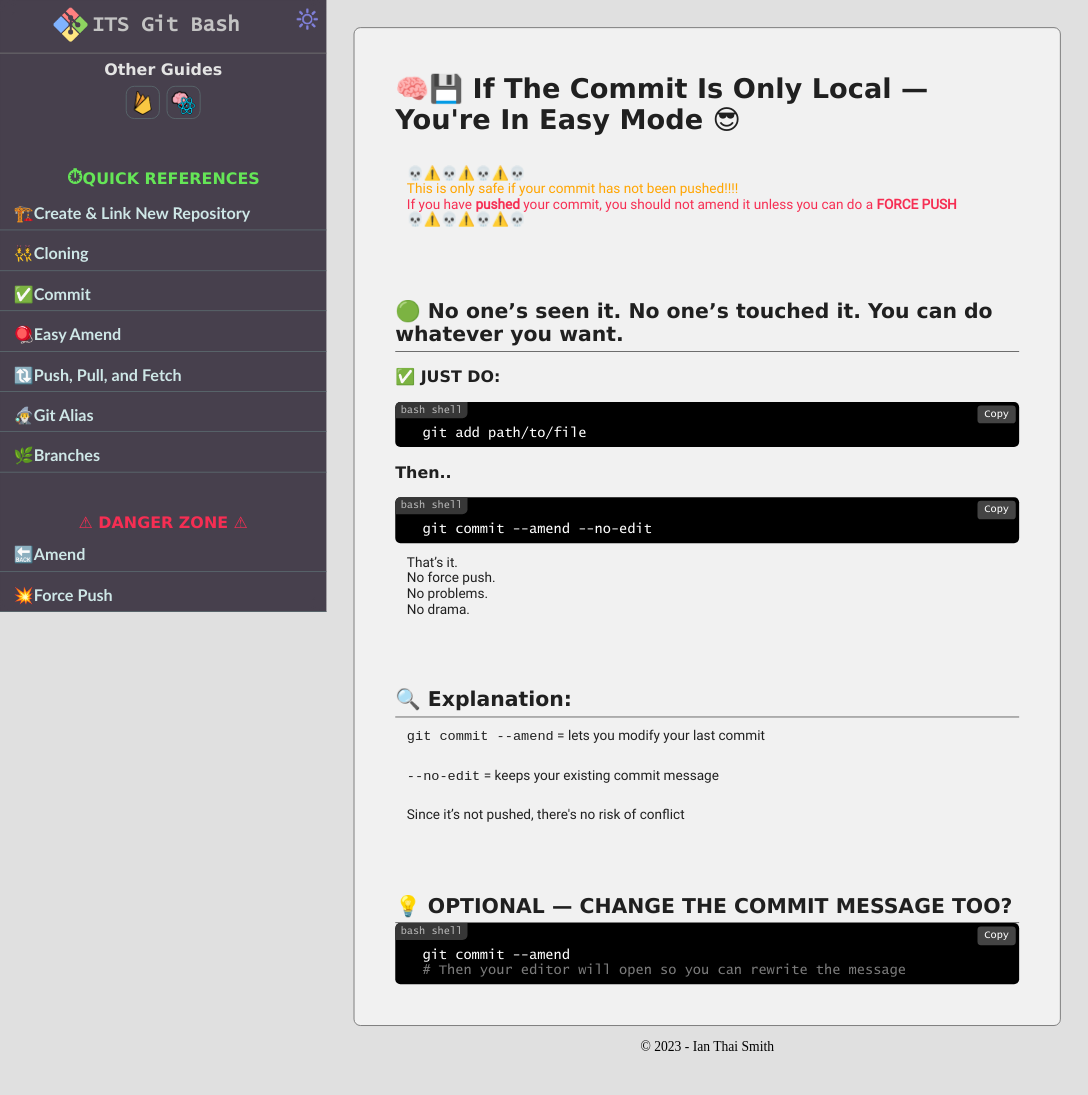
Repository: whyDoILoveThis/project__ITS_Git_Bash
Page: html/easy-amend.html
The author's editor kept a copy of each file at every save. The page is drawn from the files as they stood at one save, then again after the next save.
The browser window is 1280 px wide. The pictures show the whole page, at 85% of full size.

Above is the page before, as saved 2025-07-06 07:18:22.

### html/easy-amend.html
<!DOCTYPE html>
<html lang="en">
  <head>
    <meta charset="UTF-8" />
    <meta name="viewport" content="width=device-width, initial-scale=1.0" />
    <link rel="stylesheet" href="/css/normalize.css" />
    <link rel="stylesheet" href="/css/style.css" />
    <title>new-page</title>
  </head>
  <body>
    <!--!!!!!-->
    <!--! MAIN-WRAP -->
    <div class="main-wrap">
      <section class="article-wrap">
        <article class="article">
          <h1>🧠💾 If The Commit Is Only Local — You're In Easy Mode 😎</h1>
          <p class="orng">
            💀⚠️💀⚠️💀⚠️💀
            <br />
            This is only safe if your commit has not been pushed!!!!
            <br />
            <em class="red">
              If you have <b>pushed</b> your commit, you should not amend it
              unless you can do a <b>FORCE PUSH</b>
            </em>
            <br />
            💀⚠️💀⚠️💀⚠️💀
          </p>
          <h2>
            🟢 No one’s seen it. No one’s touched it. You can do whatever you
            want.
          </h2>
          <h3>✅ JUST DO:</h3>
          <div class="code">
            <p>git add path/to/file<br /></p>
          </div>
          <h3>Then..</h3>
          <div class="code">
            <p>git commit --amend --no-edit</p>
          </div>
          <p>
            That’s it. <br />
            No force push. <br />
            No problems. <br />
            No drama.
          </p>
          <h2>🔍 Explanation:</h2>

          <p>
            <code>git commit --amend</code> = lets you modify your last commit
          </p>
          <p><code>--no-edit</code> = keeps your existing commit message</p>
          <p>Since it’s not pushed, there's no risk of conflict</p>
          <h2>💡 OPTIONAL — CHANGE THE COMMIT MESSAGE TOO?</h2>
          <div class="code">
            <p>
              git commit --amend
              <br />
              <em class="comnt"
                ># Then your editor will open so you can rewrite the message</em
              >
            </p>
          </div>
        </article>
      </section>
    </div>
    <!--! MAIN-WRAP -->
    <!--! !!!!!!! -->
    <script src="/JS/dynamic-nav.js"></script>
    <script src="/JS/copy-code-btn.js"></script>
  </body>
</html>

### css/style.css


/*TODO: REFACTOR FOR BETTER ORGANIZATION
        AND REMOVING REDUNDANCIES*/

        :root {
            --size--brightness-toggler: 50px;
        }


.gradient {
    width: 100vw;
    height: 100vh;
    background: rgb(52,30,84);
background: linear-gradient(360deg, rgba(52,30,84,1) 0%, rgba(67,41,166,1) 100%);
}

@font-face {
    font-family: LucidaConsole;
    src: url(/fonts/lucon.ttf);

}

@font-face {
    font-family: Roboto;
    src: url(/fonts/Roboto-Regular.ttf);
}

body {
    font-family: 'Lucida Sans', 'Lucida Sans Regular', 'Lucida Grande', 'Lucida Sans Unicode', Geneva, Verdana, sans-serif;
    transition: background-color 0.3s ease-in;
    background-color: rgb(36, 31, 35);

}

body::-webkit-scrollbar-track
{
	-webkit-box-shadow: inset 0 0 6px rgba(0,0,0,0.3);
	border-radius: 10px;
	background-color: rgb(52, 29, 69);
}

body::-webkit-scrollbar
{
    border-radius: 10px;

	width: 5px;
	background-color: rgb(50, 41, 56);
}

body::-webkit-scrollbar-thumb
{
	border-radius: 10px;
	-webkit-box-shadow: inset 0 0 6px rgba(0,0,0,.3);
	background-color: #8181DB;
}



ul {
    list-style-type: none;
    padding: 0;
    padding-bottom: 4rem;
    margin: 0;
}

ul li {
    padding: 1rem 0 0.5rem 1rem;
    border-bottom: 0.5px solid rgb(90, 105, 110);
}

li a {
    text-decoration: none;
    color: rgb(206, 231, 231);
    font-family: 'Trebuchet MS', 'Lucida Sans Unicode', 'Lucida Grande', 'Lucida Sans', Arial, sans-serif;
    font-weight: 600;
    text-decoration-thickness: 0px;
    font-size: 19px;
}

a {
    color: rgb(45, 143, 248);
    text-decoration: none;
}

a:hover {
    font-weight: 600;
    text-decoration: underline;
}

li a:hover {
    text-decoration: underline;
    text-decoration-thickness: 2px;
    text-decoration-color: rgb(110, 203, 103);
}

em {
    font-style: normal;
}

.main-wrap {
    display: flex;
    height: 100%;
    width: 100%;
}

/** NAV */

.nav {
    z-index: 100;
    background: rgba(50, 41, 56, 0.877);
    backdrop-filter: blur(8px);
    -webkit-backdrop-filter: blur(8px);
    display: flex;
    flex-direction: column;
    width: 30%;
    height: 100%;
    position: fixed;
    overflow: auto;
    transition: all 0.37s ease-out;
}

.nav::-webkit-scrollbar-track
{
	-webkit-box-shadow: inset 0 0 6px rgba(0,0,0,0.3);
	border-radius: 10px;
	background-color: rgb(50, 41, 56);
}

.nav::-webkit-scrollbar
{
    border-radius: 10px;

	width: 3px;
	background-color: rgb(50, 41, 56);
}

.nav::-webkit-scrollbar-thumb
{
	border-radius: 10px;
	-webkit-box-shadow: inset 0 0 6px rgba(0,0,0,.3);
	background-color: #8181DB;
}


.logo-wrap {
    height: auto;
    max-height: 40px;
    display: flex;
    align-items: center;
    justify-content: center;
    gap: 0.3rem;
    padding: 0.7rem;
    border-bottom: 1px solid rgb(115, 115, 115);
    padding-right: var(--size--brightness-toggler);

}

.logo__icon {
    width: 8vw;
    max-width: 40px;
    height: 8vw;
    max-height: 40px;
    display: inline;
}

.logo__tag {
    color: rgb(195, 195, 195);
    font-family:  LucidaConsole, Arial, Helvetica, sans-serif;
    white-space: 1px;
    font-size: 24px;
    font-weight: 600;
    margin: 0;
}

.dark-mode-toggler-wrap {
    position: absolute;
    top: 10px;
    right: 10px;

}

.other-guides-wrap {
    margin: 0.5rem;
    display: flex;
    justify-content: center;
    align-self: center;
    gap: 0.5rem;
}

.other-guides-wrap > a > img {
    width: 28px;
}

.other-guides-heading {
    color: rgb(228, 228, 228);
    margin-top: 0;
}

.guide-link {
    border: 1px solid rgb(90, 105, 110);
    border-radius: 10px;
    display: flex;
    justify-content: center;
    padding: 0.3rem;
    transition: background-color 0.4s;
}

.guide-link:hover {
    background-color: rgba(255, 255, 255, 0.117);
}

.quick-ref-heading {
    color: rgb(101, 230, 87);
    text-transform: uppercase;
}

.quick-ref-heading::before {
    content: '⏱';
    font-size: 24px;
}

.article-wrap {
    margin-left: 30%;
    width: calc(70% - 2rem * 2);
    padding: 2rem;
}

.article {
    border: 1px solid rgb(109, 109, 109);
    border-radius:8px;
    display: flex;
    flex-direction: column;
    padding: 3rem;
    padding-top: 2rem;

    background-color: rgb(49, 49, 49);
    color: rgba(255, 255, 255, 0.90);
    transition: background-color 0.4s ease-in, color 0.5s ease-in;

}

.article__heading,
.article h2.h2--large {
    text-align: center;
    font-size: 32px;
    margin: 0.8rem;
    border: 0;
}

.article h2 {
    margin: 4.4rem 0 0rem 0;
    border-bottom: 1px solid #555;
    padding-bottom: 0.3rem;
}


.article > p {
    font-family: Roboto, Arial, Helvetica, sans-serif;
    margin: 0.85rem;
}

.emoji {
    display: inline;
    width: 20px;
}

.emoji--rocket {
    content: url(/img/emoji-rocket.PNG);
}

.code {
    font-family: LucidaConsole, Arial, Helvetica, sans-serif;
    white-space: nowrap;
    background-color: black;
    color: white;
    font-style: normal;
    width: 100%;
    display: flex;
    flex-direction: column;
    border-radius: 6px;
    overflow: auto;
}

.code p::selection,
.code em::selection {
    background: rgba(214, 172, 238, 0.273);
    color: inherit;
}

.code::-webkit-scrollbar {
    width: 12px;
    background-color: #F5F5F5;
    height: 7px;
}
.code::-webkit-scrollbar-thumb {
    border-radius: 1px;
    -webkit-box-shadow: inset 0 0 6px rgba(0,0,0,.3);
    background-color: #555;
}
.code::-webkit-scrollbar-track {
    -webkit-box-shadow: inset 0 0 6px rgba(0,0,0,0.3);
    border-radius: 1px;
    background-color: #F5F5F5;
}


.code::before {
    content: 'bash shell';
    background-color: rgb(55, 55, 55);


    align-self: flex-start;

    color: rgb(184, 184, 184);
    padding: 0.25rem 0.4rem 0.1rem 0.4rem;
    border-radius: 6px 0px 6px 0;
    font-size: 12px;
}

.code--html::before {
    content: 'HTML';
    color: rgb(255, 72, 0);
    letter-spacing: 1px;
}

.code--js::before {
   content: 'javascript';
   color: yellow;
}

.code--json::before {
    content: 'json';
    color: rgb(93, 184, 93);
}

.code--file-struct::before {
    content: '📁';
    font-size: 20px;
}

.code p {
    margin: 0.5rem 0 0.5rem 2rem;
    display: inline-block;
    flex: 0 0 100%;
}

.comnt {
    color: rgb(123, 123, 123);
}

.orng {
    color: orange;
}

.grn {
    color: rgb(60, 162, 60);
}

.blu {
    color: rgb(74, 189, 255);
}

.red {
    color: rgb(246, 46, 83);
}

/** BUTTONS */

.btn-group {
    display: flex;
    gap: 0.5rem;
}

.btn {
    position: relative;
    z-index: 99;
    width: 100%;
    font-family: Roboto, Arial, Helvetica, sans-serif;
    font-size: 24px;
    text-shadow: 0 0 2px rgba(0, 0, 0, 0.577);
    padding: 10px 20px;
    background-color: #27396a;

    color: #6cbbfb;
    cursor: pointer;
    border-radius: 10px;
    border: 1.5px solid rgb(0, 0, 0);
    margin-top: 1rem;
}

.btn--important {
    color: rgb(252, 107, 107);
    background-color: rgb(83, 32, 32);
}

.btn--more-info-box {

    font-family: Roboto, Arial, Helvetica, sans-serif;
    background-color: #eeeeee;
    background-color: #363232;

    color: #202020;
    color: rgba(255, 255, 255, 0.90);
    position: relative;
    top: -1rem;
    padding: 1rem;
    border-radius: 8px;
    text-align: center;
    border: 1.5px solid rgb(0, 115, 225);
    animation: 0.5s ease-in-out;
    transform-origin: top center;
    transition: background-color 0.4s ease-in, color 0.5s ease-in;
}

.btn--more-info-box.hidden {
    display: none;

}

@keyframes bounceDown {
    0% {
        transform: scaleY(0);
        opacity: 0;
    }
    70% {
        transform: scaleY(1.04);
        opacity: 1;
    }
    100% {
        transform: scaleY(1);
        opacity: 1;
    }
}

@keyframes bounceUp {
    0% {
        transform: scaleY(1);
        opacity: 1;
    }

    20% {
        transform: scaleY(1.04);
        opacity: 0.8;
    }

    100% {
        transform: scaleY(0);
        opacity: 0.2;
    }
}

.btn--more-info-box p {
    text-align: left;
}

.btn--more-info-box h2 {
    margin-top: 2.5rem;
}

.btn--more-info-box h3 {
    margin-top: 1.5rem;
    margin-bottom: 0;
}

@media screen and (min-width: 768px) {
    .nav-toggler {
        position: fixed;
        display: none;
        visibility: hidden;
    }
}

@media screen and (max-width: 778px) {
    ul li {
        padding: 0.8rem 0.3rem 0.5rem 0.8rem;
    }

    li a {
        font-size: 17px;
    }

    .nav {
        margin: 0;
        width: 100%;
        height: 60px;
        overflow: hidden;
        border-top-right-radius: 0;
        border-bottom-left-radius: 10px;
        border-bottom-right-radius: 10px;
        box-shadow: 1px 1px 1px 3px rgba(0, 0, 0, 0.179);
    }

    .nav-expanded {
        width: 85%;
        height: 100%;
        overflow-y: auto;
        box-shadow: 1px 1px 0px 700px rgba(0, 0, 0, 0.5);
        border-bottom-left-radius: 0;
    }

    .nav-expanded .nav-toggler {
        position: absolute;
        transform: translateY(60px);
    }

    .logo-wrap {
        place-self: center;
        padding-right: var(--size--brightness-toggler);
        padding-left: var(--size--brightness-toggler);
    }
    .logo__icon {
        height: 40px;
        width: 40px;
    }
    .dark-mode-toggler-wrap {
        position: absolute;
        top: 15px;
        right: 10px;

    }
    .nav-toggler {
       width: 40px;
       position: absolute;
       left: 10px;

       transition: all 0.2s;
    }

    .logo__tag {
        font-size: 22px;
        white-space: nowrap;
    }

    .article-wrap {
        margin: 0;
        width: calc(100% - 0.5rem * 2);
         padding: 0.5rem;
         margin-top: 70px;
     }
     .article {
        padding: 0.5rem;
    }
}

.copyright::before {
    content: '© 2023 - Ian Thai Smith ';
    font-family: 'Times New Roman', Times, serif ;
    display: flex;
    justify-content: center;

}






/*& CODE COPY BUTTON */
/*& CODE COPY BUTTON */
/*& CODE COPY BUTTON */



.copy-btn {
  position: absolute;
  top: 4px;
  right: 4px;
  background: #444;
  color: #fff;
  border: none;
  padding: 4px 8px;
  font-size: 0.75rem;
  cursor: pointer;
  border-radius: 4px;
  transition: background 0.2s ease;
}

.copy-btn:hover {
  background: #666;
}

### JS/dynamic-nav.js
const head = document.getElementsByTagName('head')[0];
const tabIcon = document.createElement("link");
tabIcon.href = "/img/git-bash-icon.png";
tabIcon.rel = "icon";
head.appendChild(tabIcon);

const articleWrap = document.querySelector(".article-wrap");

const copyright = document.createElement("p");
copyright.classList.add("copyright");

articleWrap.appendChild(copyright);

// Select the target element
const container = document.querySelector(".main-wrap");

// Create the main navigation element
const navigation = document.createElement("nav");
navigation.classList.add("nav");

function expandNav(){
    navigation.classList.toggle("nav-expanded")
}

const navToggler = document.createElement("img");
navToggler.src = "/img/icon-nav-toggler.png";
navToggler.classList.add("nav-toggler");
navToggler.addEventListener("click", expandNav);



// Create the logo-wrap div
const logoWrap = document.createElement("div");
logoWrap.classList.add("logo-wrap");

// Create the logo icon
const logoIcon = document.createElement("img");
const homeLink = document.createElement("a");
homeLink.href = "/index.html";
logoIcon.src = "/img/git-bash-icon.png";
logoIcon.alt = "";
logoIcon.classList.add("logo__icon");
homeLink.appendChild(logoIcon);


// Create the logo tag
const logoTag = document.createElement("p");
logoTag.classList.add("logo__tag");
logoTag.innerText = "ITS Git Bash";


const darkModeTogglerWrap = document.createElement("div");
darkModeTogglerWrap.classList.add("dark-mode-toggler-wrap");
const darkModeToggler = document.createElement("img");
darkModeTogglerWrap.appendChild(darkModeToggler);
darkModeToggler.src = "/img/icon-brightness-dim.png";
darkModeToggler.style.width = "25px";
darkModeToggler.classList.add(".dark-mode-toggler");

const article = document.querySelector('.article')


darkModeToggler.addEventListener("click", toggleBrightness);

const otherGuidesWrap = document.createElement("div");
otherGuidesWrap.classList.add("other-guides-wrap");

const otherGuides = document.createElement("h3");
otherGuides.innerText = "Other Guides";
otherGuides.classList.add('other-guides-heading');
otherGuides.style.textAlign = "center";
otherGuides.style.marginBottom = "0";
otherGuides.style.marginTop = "0.5rem";

const linkBash = document.createElement('a');
const imgBash = document.createElement("img");
linkBash.classList.add('guide-link');
imgBash.src = "/img/firebase-icon.png";
linkBash.href = "https://its-firebase.vercel.app";
linkBash.appendChild(imgBash);
otherGuidesWrap.appendChild(linkBash);
// another
const linkReact18 = document.createElement('a');
const imgReact18 = document.createElement("img");
linkReact18.classList.add('guide-link');
imgReact18.src = "/img/learn-react18-icon.png";
linkReact18.href = "https://learn-react18.vercel.app";
linkReact18.appendChild(imgReact18);
otherGuidesWrap.appendChild(linkReact18);




const infoBoxes = document.querySelectorAll('.btn--more-info-box');


// Check if 'bright' is stored in localStorage
const storedBright = localStorage.getItem('bright');

// Initialize 'bright' with the stored value (or default to false if not found)
let bright = storedBright === 'false';


function toggleBrightness() {
    bright = !bright;

    // Store the updated 'bright' value in localStorage
    localStorage.setItem('bright', bright);

 // Update UI and apply styles based on 'bright' state

    if(bright){
    fadeOutAndChange(darkModeToggler, "/img/icon-brightness-bright.png");
    document.body.style.backgroundColor = 'rgb(224, 224, 224)';
    article.style.backgroundColor = 'rgb(241, 241, 241)';
    article.style.color = '#202020';
    copyright.style.color = 'black';
    infoBoxes.forEach(infoBox => {
        infoBox.style.backgroundColor = '#eeeeee';
        infoBox.style.color = '#202020';
    });
    } else {
        fadeOutAndChange(darkModeToggler, "/img/icon-brightness-dim.png");
        document.body.style.backgroundColor = 'rgb(36, 31, 35)';
        article.style.backgroundColor = 'rgb(49, 49, 49)';
        article.style.color = 'rgba(255, 255, 255, 0.90)';
        copyright.style.color = 'white';
        infoBoxes.forEach(infoBox => {
            infoBox.style.backgroundColor = '#363232';
            infoBox.style.color = 'rgba(255, 255, 255, 0.90)';
        });
    }
}

function fadeOutAndChange(element, newImageSrc) {
    element.style.opacity = 0;
    setTimeout(() => {

        element.src = newImageSrc;
        element.style.opacity = 1;
    }, 200); // Adjust the time to match your CSS transition duration
}

// Call toggleBrightness to initialize UI based on stored value
toggleBrightness();


// Append the logo icon and tag to the logo-wrap div
logoWrap.appendChild(navToggler);
logoWrap.appendChild(homeLink);
logoWrap.appendChild(logoTag);



// Create the links list
const linkList = document.createElement("ul");
linkList.classList.add("link__list");


const quickRefs = document.createElement("h3");
quickRefs.innerText = "Quick References";
quickRefs.classList.add('quick-ref-heading');
quickRefs.style.textAlign = "center";
quickRefs.style.marginBottom = "0";
quickRefs.style.marginTop = "3rem";
linkList.appendChild(quickRefs);
/****************LINKS****************** */
/****************LINKS****************** */
// Create a list item for the link
const linkItem1 = document.createElement("li");
linkItem1.classList.add("link");
// Create the link itself
const linkCreateNewRepo = document.createElement("a");
linkCreateNewRepo.href = "/html/create-and-link-new-repo.html";
linkCreateNewRepo.innerText = "🏗️Create & Link New Repository";
// Append the link to the list item
linkItem1.appendChild(linkCreateNewRepo);
// Append the list item to the links list
linkList.appendChild(linkItem1);

// Create a list item for the link
const linkItem2 = document.createElement("li");
linkItem2.classList.add("link");
const linkCloning = document.createElement("a");
linkCloning.href = "/html/cloning.html";
linkCloning.innerText = "👯‍♀️Cloning";
// Append the link to the list item
linkItem2.appendChild(linkCloning);
// Append the list item to the links list
linkList.appendChild(linkItem2);

const linkItem3 = document.createElement("li");
linkItem3.classList.add("link");
const linkCommit = document.createElement("a");
linkCommit.href = "/html/commit.html";
linkCommit.innerText = "✅Commit";
linkItem3.appendChild(linkCommit);
linkList.appendChild(linkItem3);

const linkItem3v1 = document.createElement("li");
linkItem3v1.classList.add("link");
const linkEasyAmend = document.createElement("a");
linkEasyAmend.href = "/html/easy-amend.html";
linkEasyAmend.innerText = "🪀Easy Amend";
linkItem3v1.appendChild(linkEasyAmend);
linkList.appendChild(linkItem3v1);

const linkItem4 = document.createElement("li");
linkItem4.classList.add("link");
const linkPushPullAndFetch = document.createElement("a");
linkPushPullAndFetch.href = "/html/push-pull-and-fetch.html";
linkPushPullAndFetch.innerText = "🔃Push, Pull, and Fetch";
linkItem4.appendChild(linkPushPullAndFetch);
linkList.appendChild(linkItem4);

const linkItem7 = document.createElement("li");
linkItem7.classList.add("link");
const linkGitAlias = document.createElement("a");
linkGitAlias.href = "/html/git-alias.html";
linkGitAlias.innerText = "🧙‍♂️Git Alias";
linkItem7.appendChild(linkGitAlias);
linkList.appendChild(linkItem7);

const linkItem8 = document.createElement("li");
linkItem8.classList.add("link");
const linkBranches = document.createElement("a");
linkBranches.href = "/html/branches.html";
linkBranches.innerText = "🌿Branches";
linkItem8.appendChild(linkBranches);
linkList.appendChild(linkItem8);

const dangerZone = document.createElement("h3");
dangerZone.innerText = "⚠ DANGER ZONE ⚠";
dangerZone.style.textAlign = "center";
dangerZone.classList.add("red");
dangerZone.style.marginBottom = "0";
dangerZone.style.marginTop = "3rem";
linkList.appendChild(dangerZone);

const linkItem5 = document.createElement("li");
linkItem5.classList.add("link");
const linkAmend = document.createElement("a");
linkAmend.href = "/html/amend.html";
linkAmend.innerText = "🔙Amend";
linkItem5.appendChild(linkAmend);
linkList.appendChild(linkItem5);

const linkItem6 = document.createElement("li");
linkItem6.classList.add("link");
const linkForcePush = document.createElement("a");
linkForcePush.href = "/html/💥force-push.html";
linkForcePush.innerText = "💥Force Push";
linkItem6.appendChild(linkForcePush);
linkList.appendChild(linkItem6);





/****************LINKS****************** */
/****************LINKS****************** */


// Append the logo-wrap div and links list to the navigation
navigation.appendChild(logoWrap);
navigation.appendChild(darkModeTogglerWrap);
navigation.appendChild(otherGuides);
navigation.appendChild(otherGuidesWrap);
navigation.appendChild(linkList);

// Append the navigation to the container
container.appendChild(navigation);

### JS/copy-code-btn.js
 document.querySelectorAll(".code").forEach((codeBlock) => {
        // Create copy button
        const btn = document.createElement("button");
        btn.className = "copy-btn";
        btn.textContent = "Copy";

        // Insert button into the code block
        codeBlock.style.position = "relative";
        codeBlock.appendChild(btn);

        // Copy logic
        btn.addEventListener("click", () => {
          const text = codeBlock.querySelector("p").innerText;
          navigator.clipboard.writeText(text).then(() => {
            btn.textContent = "✅ Copied!";
            setTimeout(() => (btn.textContent = "Copy"), 2000);
          });
        });
      });

Loaded but not shown: css/normalize.css (library)

After the next save:
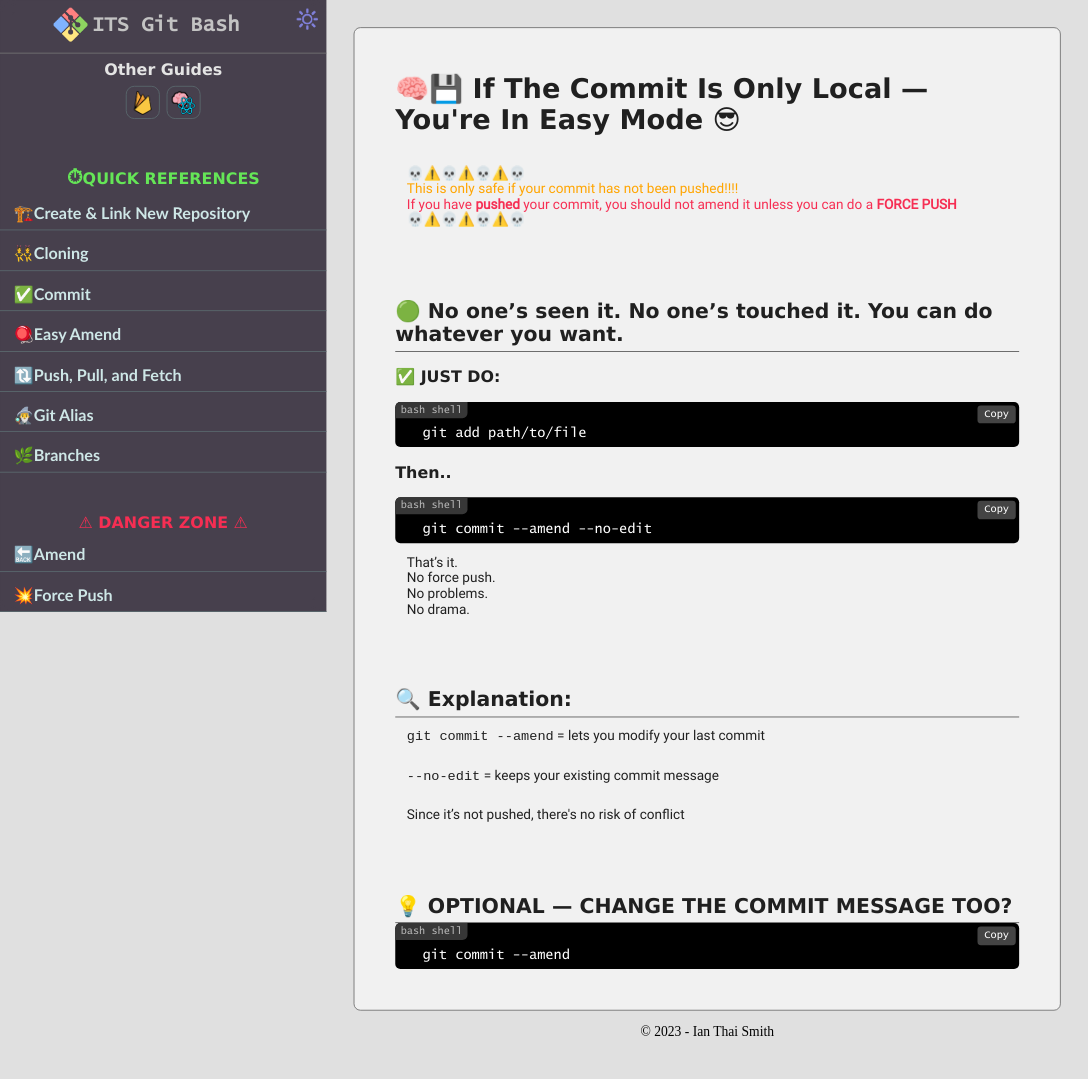
Saved 36 s later.
--- a/html/easy-amend.html
+++ b/html/easy-amend.html
@@ -53,13 +53,7 @@
           <p>Since it’s not pushed, there's no risk of conflict</p>
           <h2>💡 OPTIONAL — CHANGE THE COMMIT MESSAGE TOO?</h2>
           <div class="code">
-            <p>
-              git commit --amend
-              <br />
-              <em class="comnt"
-                ># Then your editor will open so you can rewrite the message</em
-              >
-            </p>
+            <p>git commit --amend</p>
           </div>
         </article>
       </section>
